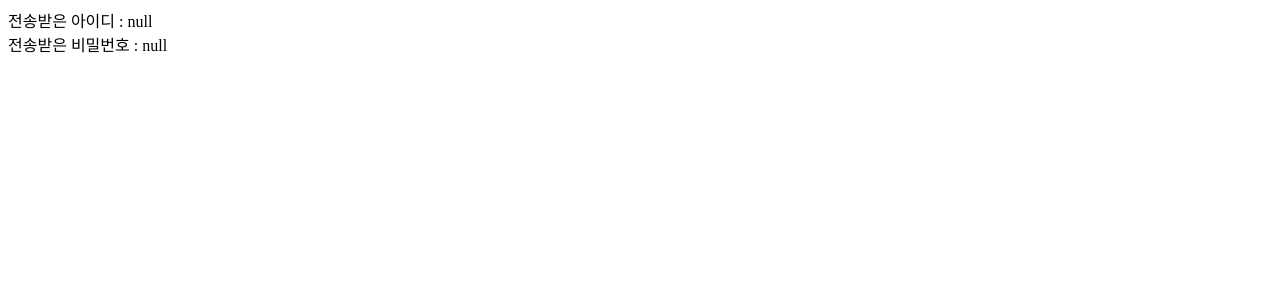
Repository: JongMin22/jsp.practice
Page: http://localhost/JSPBasic/JspObject/1.requests/req_param_getpost.jsp
An editor plug-in stored every save of this project. The page is shown before and after the next save, followed by the edit.
The browser window is 1280 px wide. The pictures show the whole page.
The page is served by Tomcat 9.

Above is the page before, as saved 2022-02-03 05:39:27.

After the next save:
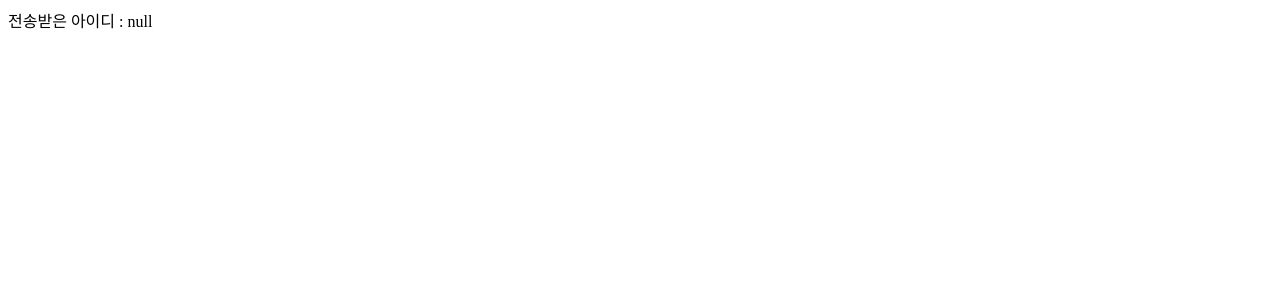
Saved 116 s later.
--- a/JSPBasic/src/main/webapp/JspObject/1.requests/req_param_getpost.jsp
+++ b/JSPBasic/src/main/webapp/JspObject/1.requests/req_param_getpost.jsp
@@ -4,7 +4,7 @@
 	// name이 "apple"에 딸려온 데이터 조회
 	String id = request.getParameter("apple");
 	// name "banana"에 딸려온 데이터를 변수 pw에 저장후 body에 출력
-	String pw = request.getParameter("banana");
+
 
 %>
 <!DOCTYPE html>
@@ -15,6 +15,6 @@
 </head>
 <body>
 	전송받은 아이디 : <%= id %> <br/>
-	전송받은 비밀번호 : <%= pw %>
+
 </body>
 </html>

After the save that followed:
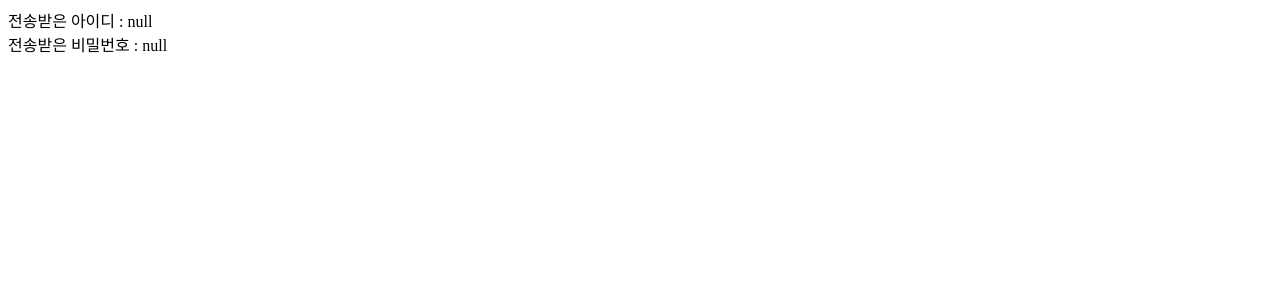
Saved 58 s later.
--- a/JSPBasic/src/main/webapp/JspObject/1.requests/req_param_getpost.jsp
+++ b/JSPBasic/src/main/webapp/JspObject/1.requests/req_param_getpost.jsp
@@ -4,7 +4,7 @@
 	// name이 "apple"에 딸려온 데이터 조회
 	String id = request.getParameter("apple");
 	// name "banana"에 딸려온 데이터를 변수 pw에 저장후 body에 출력
-
+	String pw = request.getParameter("banana");
 
 %>
 <!DOCTYPE html>
@@ -15,6 +15,7 @@
 </head>
 <body>
 	전송받은 아이디 : <%= id %> <br/>
+	전송받은 비밀번호 : <%= pw %> <br/>
 
 </body>
 </html>
